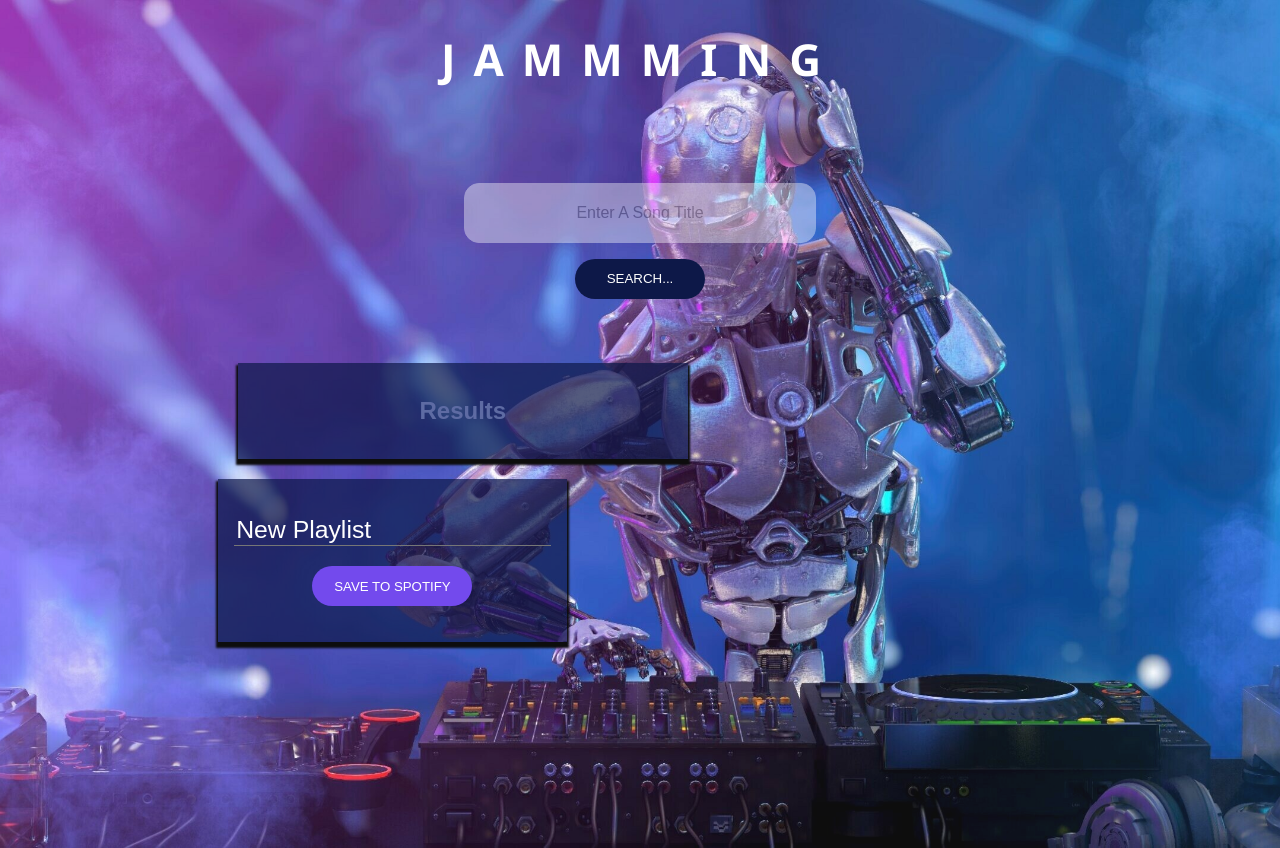
Repository: LolaSL/jamming
Page: /
The author's editor kept a copy of each file at every save. The page is drawn from the files as they stood at one save, then again after the next save.
The browser window is 1280 px wide. The pictures show the whole page.
The project was rebuilt for these pictures with package versions that can differ from the ones it lists, and the page was loaded fresh each time. Also part of the build but not shown: src/components/Track/Track.css, src/components/Track/Track.jsx.

Above is the page before, as saved 2023-06-22 18:44:42.

After the next save:
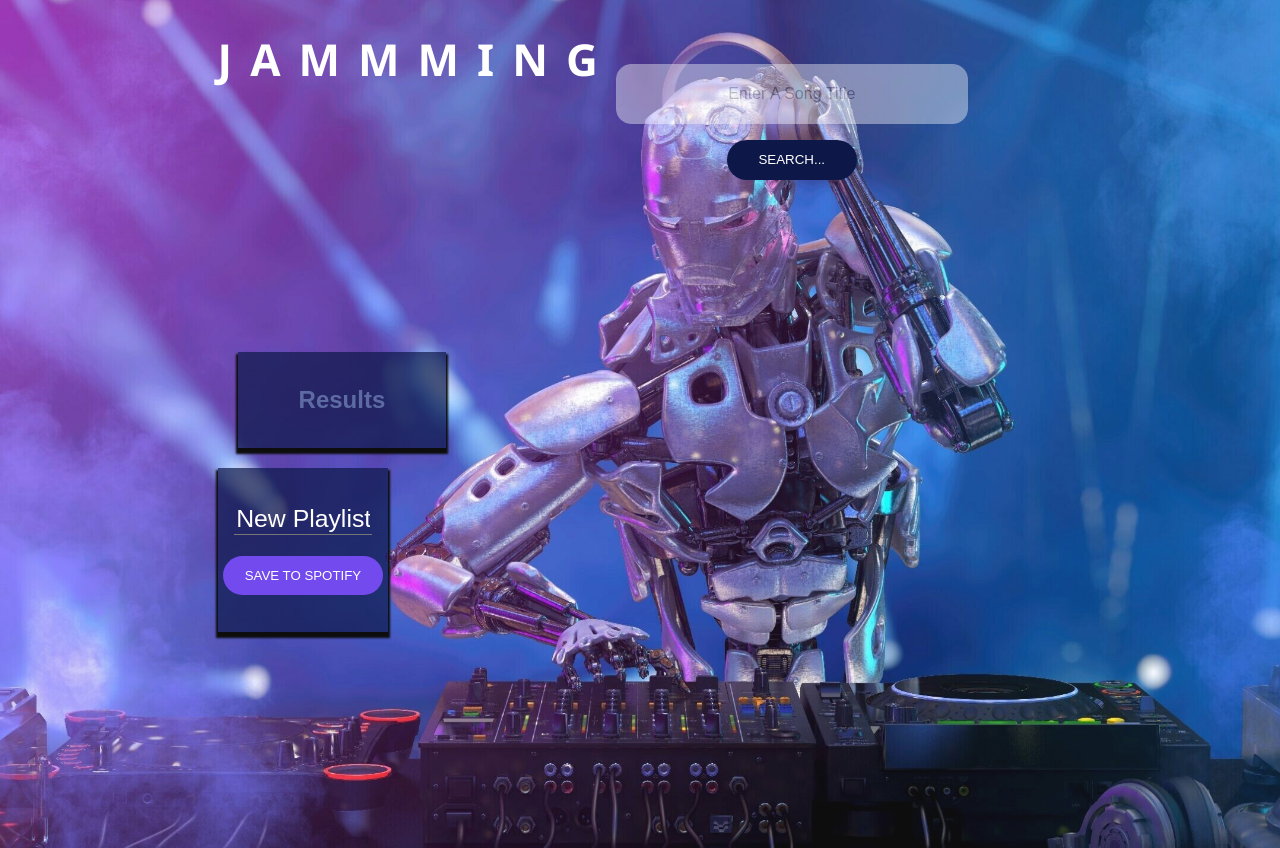
Saved 2 min 56 s later.
--- a/src/App/App.css
+++ b/src/App/App.css
@@ -5,7 +5,8 @@ html,
 }
 
 .App{
-  display: flex flex;
+  display: flex;
+  flex-wrap: wrap;
   height: 100%;
   padding: 0 17% 10% 17%;
   background-image: url('./background.jpg');
